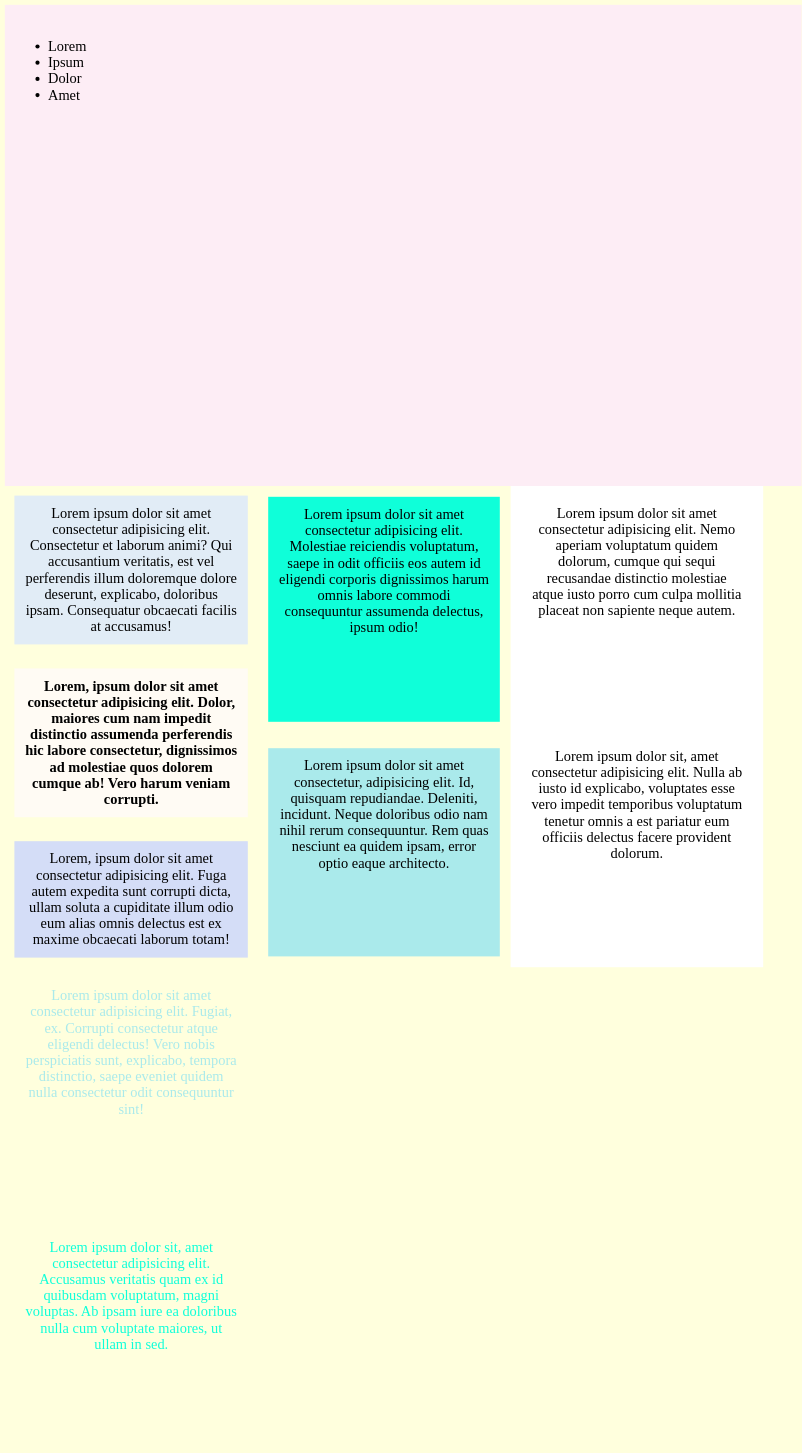
Repository: HTML-a-CSS-2/projekt-portfolio-Angelina555555
Page: .github/index.html
These files come from the project's save history. The page is drawn as it stood at one moment and after the next save; the edit follows.
The browser window is 1280 px wide. The page is 1336 px wide, then 1280 px, so the pictures cover 1336 px, including what lies to the right of the window. The pictures show the whole page, at 60% of full size.

Above is the page before, as saved 2022-05-15 17:18:31.

After the next save:
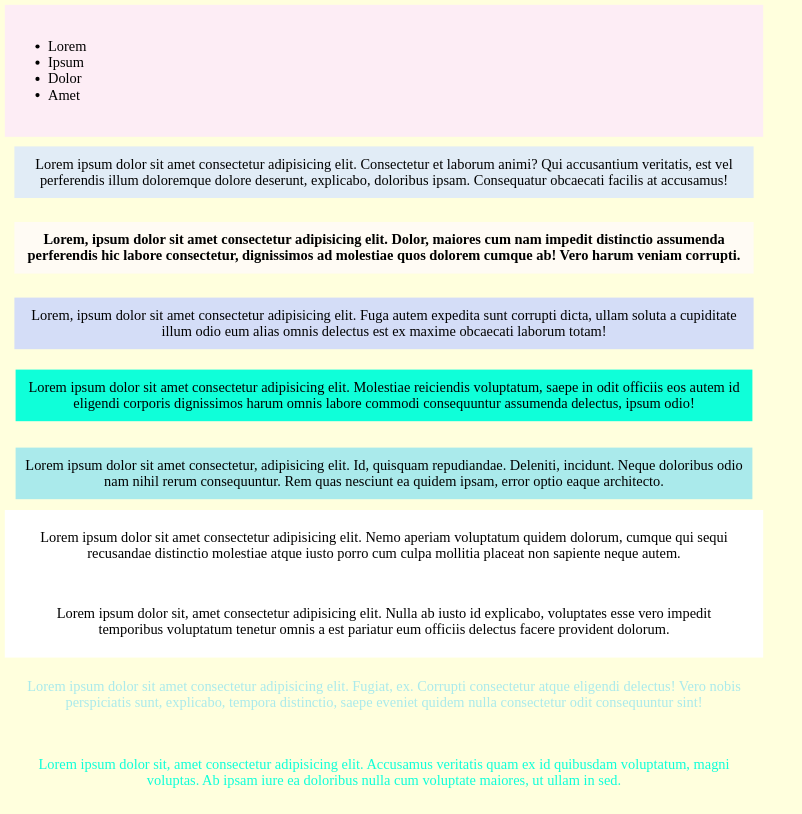
Saved 2 min 37 s later.
--- a/.github/default.css
+++ b/.github/default.css
@@ -1,6 +1,8 @@
 body {
   background-color: #ffffdd;
   display: grid;
+  display: flex;
+  flex-wrap: wrap;
   grid-template-rows: repeat(3, 1fr);
   grid-template-columns: repeat(3, 1fr);
 }
